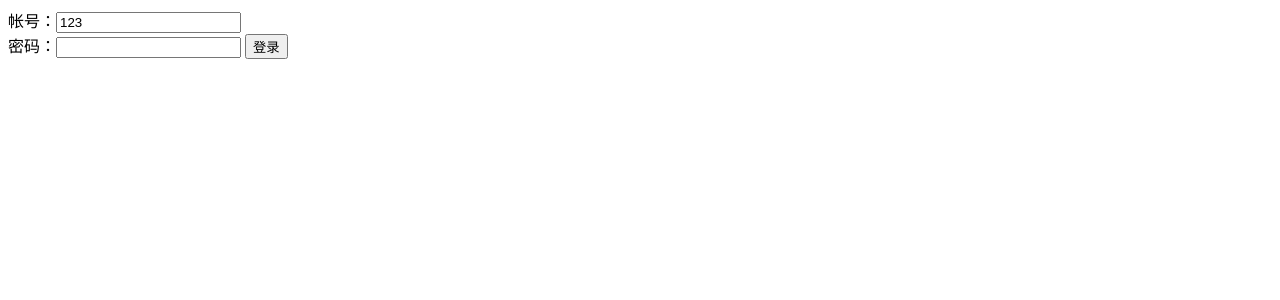
Repository: MuzDing/Muz_Data
Page: http://localhost/javeEe/default.jsp
These files come from the project's save history. The page is drawn as it stood at one moment and after the next save; the edit follows.
The browser window is 1280 px wide. The pictures show the whole page.
The page is served by Tomcat 9.

Above is the page before, as saved 2017-09-18 02:57:06.

After the next save:
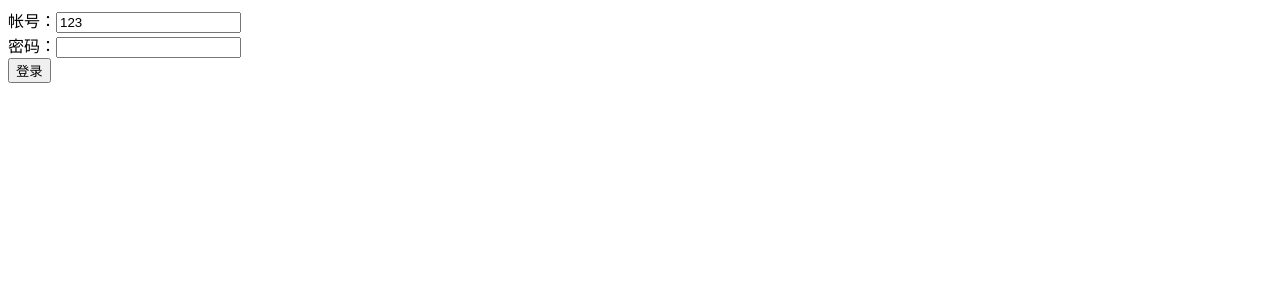
Saved 2 min 42 s later.
--- a/java-workspace/javeEe/WebContent/default.jsp
+++ b/java-workspace/javeEe/WebContent/default.jsp
@@ -15,13 +15,21 @@ $(document).ready(function(){
 $(function(){
 	alert("cc")
 })
+
+$(function() {
+	var strUserID;
+	var strUserPWD;
+
+	strUserID = $("#txtUserID").val;
+	strUserPWD = $("#txtUserPWD").val;
+})
 </script>
 </head>
 <body>
 	<div>
 			帐号：<input id="txtUserID" type="text" value="123"> <br>
-			密码：<input id="txtUserPWD" type="password" value="">
-			<input id="btnLogin" type="button" value = "登录" onclick="ShowUserID()">
+			密码：<input id="txtUserPWD" type="password" value=""><br>
+			<input id="btnLogin" type="button" value = "登录" >
 		</div>
 </body>
 </html>
